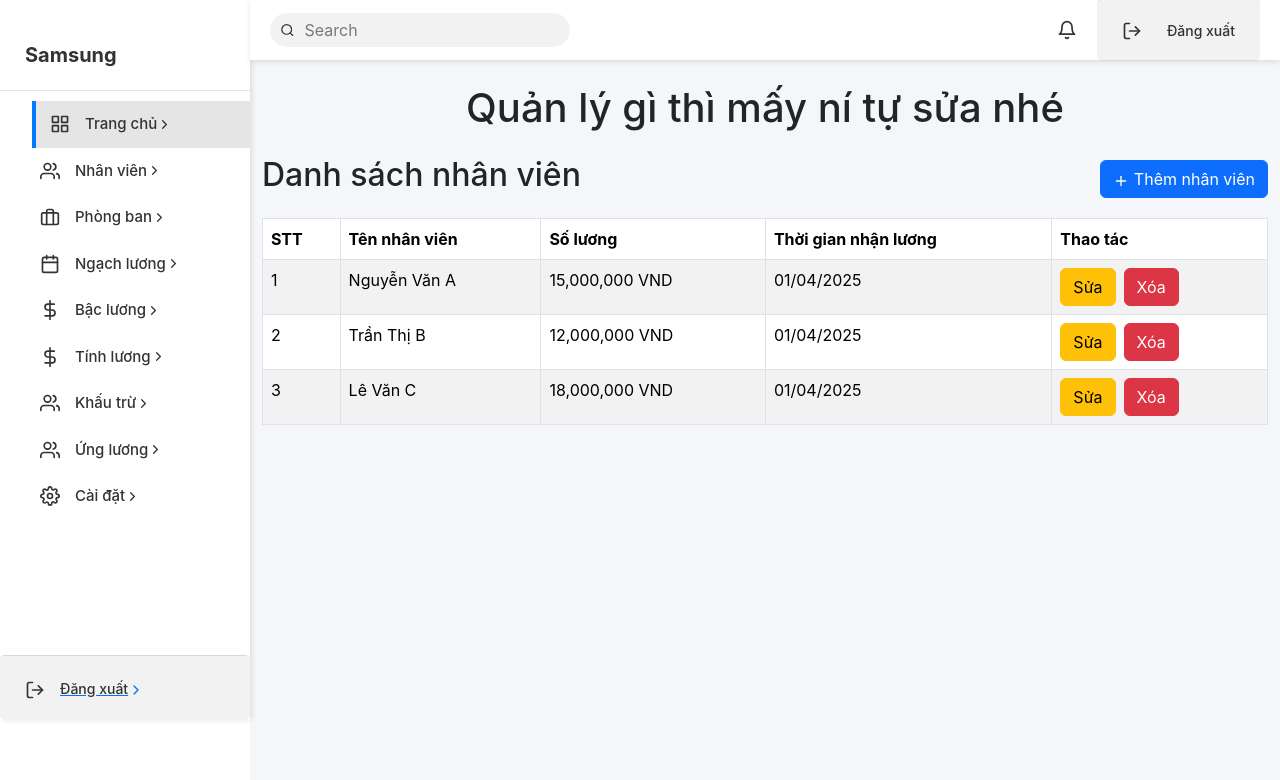
Repository: lenb2109136/HTTTQL
Page: /
The author's editor kept a copy of each file at every save. The page is drawn from the files as they stood at one save, then again after the next save.
The browser window is 1280 px wide. The pictures show the whole page.
The project was rebuilt for these pictures with package versions that can differ from the ones it lists, and the page was loaded fresh each time.

Above is the page before, as saved 2025-03-28 13:10:38.

After the next save:
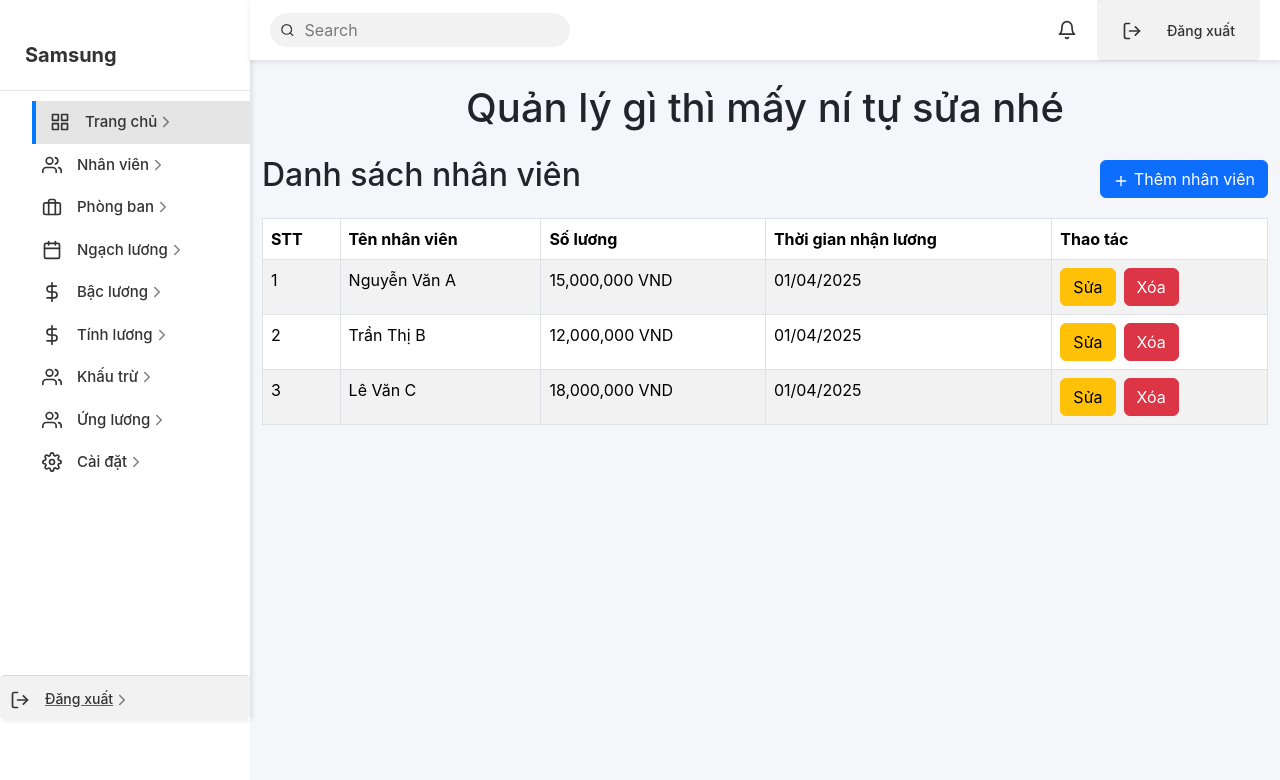
Saved 27 s later.
--- a/src/component/admin/admin-style/SideBar-Admin.css
+++ b/src/component/admin/admin-style/SideBar-Admin.css
@@ -129,3 +129,31 @@
   font-weight: 500;
   color: #333;
 }
+.sidebar ul li {
+  display: flex;
+  align-items: center;
+  justify-content: space-between; /* Đẩy dấu > ra ngoài cùng */
+  padding: 10px;
+  transition: background 0.3s;
+}
+
+.sidebar ul li .chevron-icon {
+  font-size: 18px;
+  color: rgba(0, 0, 0, 0.5);
+}
+
+.sidebar ul li:hover .chevron-icon {
+  color: #007bff; /* Màu xanh khi hover */
+}
+
+.sidebar .logout-section {
+  display: flex;
+  justify-content: space-between;
+  align-items: center;
+  padding: 10px;
+}
+
+.sidebar .logout-section .chevron-icon {
+  font-size: 18px;
+  color: rgba(0, 0, 0, 0.5);
+}
